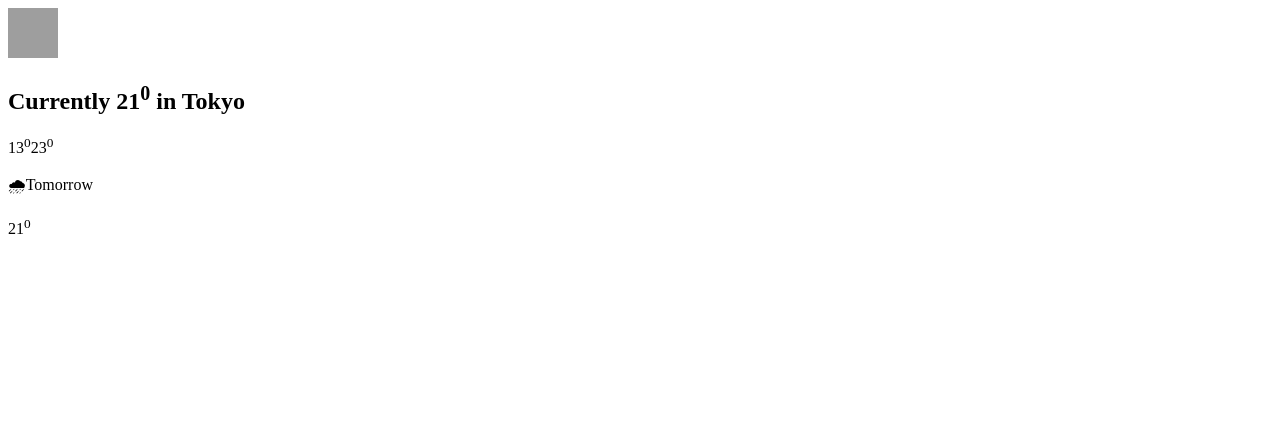
Repository: VickyJacob23/SheCode
Page: firstCode/weatherAppHomeWork.html
The author's editor kept a copy of each file at every save. The page is drawn from the files as they stood at one save, then again after the next save.
The browser window is 1280 px wide. The pictures show the whole page.
Pictures or frames that could not be fetched are drawn as grey boxes.

Above is the page before, as saved 2024-08-26 23:14:20.

After the next save:
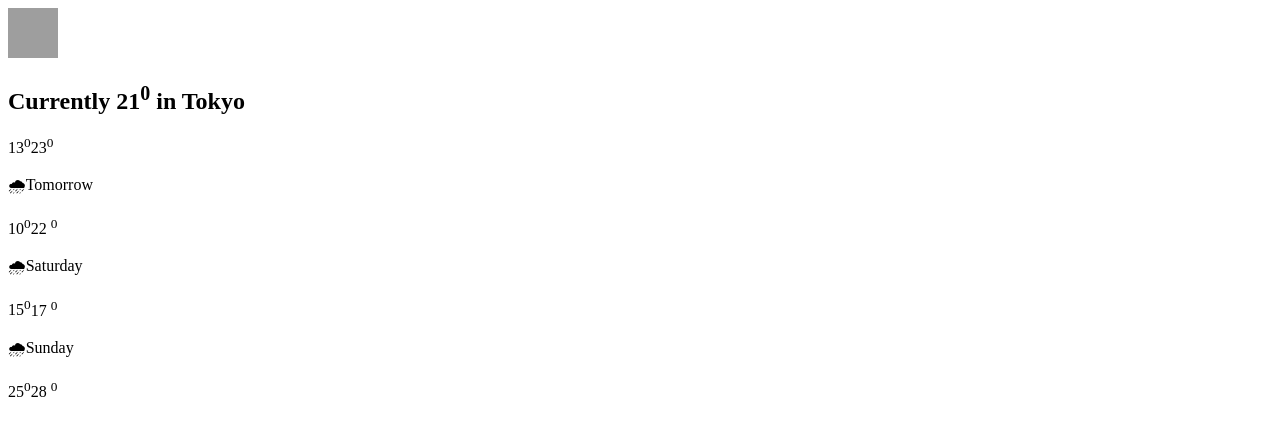
Saved 4 min 34 s later.
--- a/firstCode/weatherAppHomeWork.html
+++ b/firstCode/weatherAppHomeWork.html
@@ -14,7 +14,15 @@
         </section>
         <section>
             <div>🌧Tomorrow</div>
-            <p>21<sup>0</sup></p>
+            <p>10<sup>0</sup><span>22 <sup>0</sup></span></p>
+        </section>
+        <section>
+            <div>🌧Saturday</div>
+            <p>15<sup>0</sup><span>17 <sup>0</sup></span></p>
+        </section>
+        <section>
+            <div>🌧Sunday</div>
+            <p>25<sup>0</sup><span>28 <sup>0</sup></span></p>
         </section>
     </div>
 </body>
